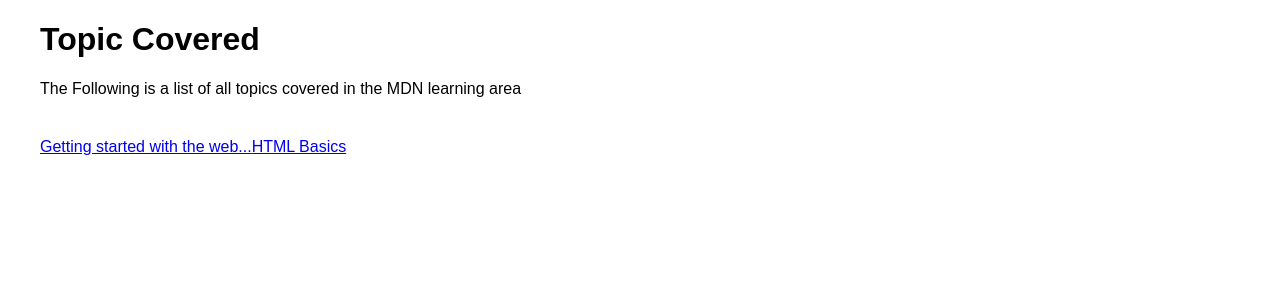
Repository: sriram1224/ReactProjects.github.io
Page: Assignments/Assignment1/index.html
These files come from the project's save history. The page is drawn as it stood at one moment and after the next save; the edit follows.
The browser window is 1280 px wide. The pictures show the whole page.

Above is the page before, as saved 2024-03-01 10:01:10.

### Assignments/Assignment1/index.html
<!DOCTYPE html>
<html>
<head>
  <script src="https://unpkg.com/react@18/umd/react.development.js"></script>
  <script src="https://unpkg.com/react-dom@18/umd/react-dom.development.js"></script>
  <style>
    body{
      margin-left: 40px;
      font-family: Arial, sans-serif;

    }
    #para{
      margin-bottom: 40px;
    }


  </style>
</head>

<body>

  <div id="root"></div>

  <script>

    const TopicHeader = () =>
    React.createElement(
      'div',
      null,
      [
      React.createElement(
        'h1',
        {id: 'title'},
        'Topic Covered'
      ),
      React.createElement(
      'p',
      {id: 'para'},
      'The Following is a list of all topics covered in the MDN learning area'),

      ]);

    const TopicDescription = () => React.createElement(
      'div',
      null,
      [
      React.createElement('a', {href: 'http://example.com'}, 'Getting started with the web...'),
      React.createElement('a', {href: 'http://example.com'}, 'HTML Basics'),]);

    const TopicList = () => React.createElement(
      'div',
      null,
      [




      ]
    );

    ReactDOM.render(
      React.createElement(
        'div',
        null,
        [
          React.createElement(TopicHeader),
          React.createElement(TopicDescription),
          React.createElement(TopicList)
        ]
      ),
      document.getElementById('root')
    );

  </script>

</body>
</html>

After the next save:
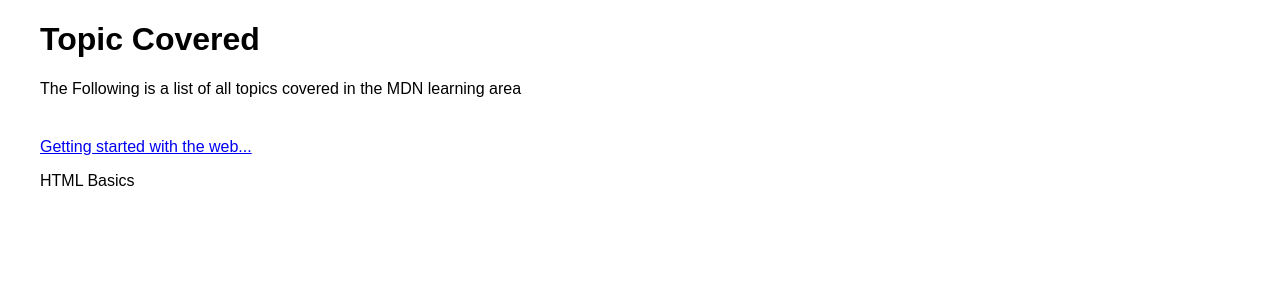
Saved 14 s later.
--- a/Assignments/Assignment1/index.html
+++ b/Assignments/Assignment1/index.html
@@ -45,7 +45,7 @@
       null,
       [
       React.createElement('a', {href: 'http://example.com'}, 'Getting started with the web...'),
-      React.createElement('a', {href: 'http://example.com'}, 'HTML Basics'),]);
+      React.createElement('p', {href: 'http://example.com'}, 'HTML Basics'),]);
 
     const TopicList = () => React.createElement(
       'div',
